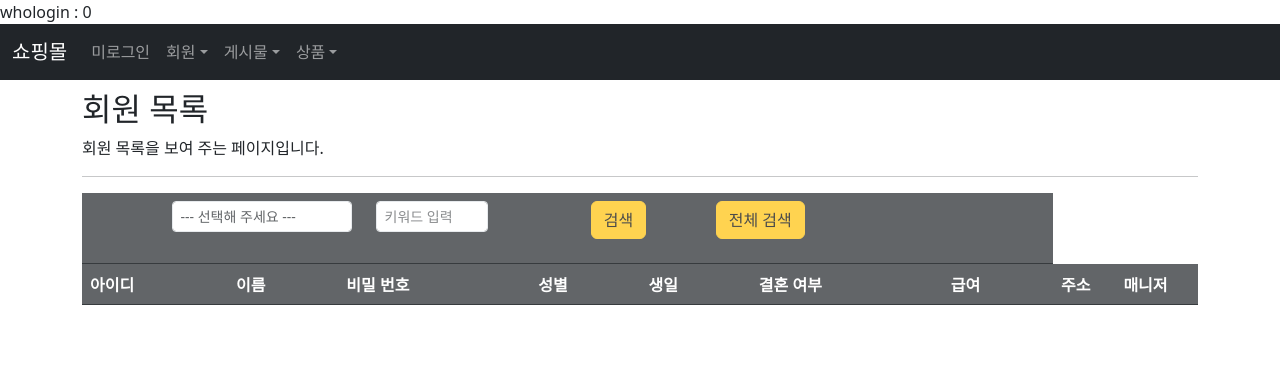
Repository: Sain-Clair/Team5
Page: http://localhost/Student/member/meList.jsp
An editor plug-in stored every save of this project. The page is shown before and after the next save, followed by the edit.
The browser window is 1280 px wide. The pictures show the whole page.
The page is served by Tomcat 9. Other server files are loaded and not shown. The template is opened directly, without the code that normally fills it, so the values that code supplies are empty.

Above is the page before, as saved 2023-09-07 03:12:49.
Console error: SyntaxError: missing ) after argument list

### Student/src/main/webapp/member/meList.jsp
<%@ page language="java" contentType="text/html; charset=UTF-8" pageEncoding="UTF-8"%>

<%@ include file="./../common/common.jsp"%>
<%@ include file="./../common/bootstrap5.jsp"%>

<!DOCTYPE html>
<html>
<head>
<meta charset="UTF-8">
<title>Insert title here</title>
<style type="text/css">
.container {
	margin-top: 10px;
}

tr {
	opacity: 0.7;
}
</style>
<script type="text/javascript">
/* select 선택 값 고정 */
$(function() {
	var optionList = $('#mode option');
	for (var i = 0; i < optionList.length; i++) {
		if (optionList[i].value == '${requestScope.pageInfo.mode}') {
			optionList[i].selected = true;
		}
	}
	$('#keyword').val('${requestScope.pageInfo.keyword}');
}

function searchAll(){ //전체 검색
	location.href = '<%=notWithFormTag%>meList';
}
function writeForm() { // 수정
	location.href = '<%=notWithFormTag%>meInsert';
})
</script>
</head>
<body>
	<div class="container">
		<h2>회원 목록</h2>
		<p>회원 목록을 보여 주는 페이지입니다.</p>
		<hr/>
		<!-- 관리자 전용 -->
		<table class="table table-hover">
			<thead class="table-dark">
				<tr>
					<td colspan="7" align="right">
						<div class="row">
							<div class="col-sm-1"></div><!-- grid 화면을 12개로 분할. 그 중에 1 -->
							<div class="col-sm-10">
								<form name="myform" action="<%=withFormTag%>" method="get">
									<input type="hidden" name="command" value="prList">
									<div class="row">
										<div class="col-sm-3 mode">
											<select class="form-control form-control-sm" id="mode" name="mode">
												<option value="all" selected="selected">--- 선택해 주세요 ---</option>
												<option value="category">카테고리(빵, 음료수, 케이크)</option>
												<option value="company">제조회사</option>
												<option value="price">가격</option>
												<%-- <option value="${asdf.code}"<c:if test="${asdf.code eq test}">selected</c:if>>${asdf.name}</op>
												<option value="price"<c:if test="${asdf.code eq test}">selected</c:if>>price</op> --%>

											</select>
										</div>
										<div class="col-sm-2 keyword">
											<input class="form-control form-control-sm" type="text" name="keyword" id="keyword" placeholder="키워드 입력">
										</div>
										<div class="col">
											<button type="submit" class="btn btn-warning form-control-sm" onclick="">검색</button>
										</div>
										<div class="col">
											<button type="button" class="btn btn-warning form-control-sm" onclick="searchAll();">전체 검색</button>
										</div>
										<!-- <div class="col">
											<button type="button" class="btn btn-info form-control-sm" onclick="writeForm();">글 쓰기</button>
										</div> -->
										<div class="col">${requestScope.pageInfo.pagingStatus}</div>
									</div>
								</form>
							</div>
							<div class="col-sm-1"></div><!-- grid 화면을 12개로 분할. 그 중에 1 -->
						</div>
					</td>
				</tr>
				<tr>
					<th>아이디</th>
					<th>이름</th>
					<th>비밀 번호</th>
					<th>성별</th>
					<th>생일</th>
					<th>결혼 여부</th>
					<th>급여</th>
					<th>주소</th>
					<th>매니저</th>
				</tr>
			</thead>
			<tbody>
				<c:forEach var="bean" items="${datalist}">
					<c:choose>
						<c:when test="${bean.marriage eq '결혼'}">
							<tr class="table-primary">
						</c:when>
						<c:when test="${bean.marriage eq '이혼'}">
							<tr class="table-success">
						</c:when>
						<c:otherwise>
							<tr class="table-danger">
						</c:otherwise>
					</c:choose>
					<td align="center">${bean.id}</td>
					<td><a href="<%=notWithFormTag%>meDetail&id=${bean.id}">${bean.name}</a></td>
					<td>${bean.password}</td>

					<c:if test="${bean.gender eq 'male'}">
						<td>남자</td>
					</c:if>

					<c:if test="${bean.gender eq 'female'}">
						<td>여자</td>
					</c:if>
					<td>${bean.birth}</td>
					<td>${bean.marriage}</td>
					<td>${bean.salary}</td>
					<td>${bean.address}</td>
					<td>${bean.manager}</td>
				</c:forEach>
			</tbody>
		</table>
		${requestScope.pageInfo.pagingHtml}
	</div>
</body>
</html>

### Student/src/main/webapp/common/common.jsp
<%@page import="com.shopping.model.bean.Member"%>
<%@ page language="java" contentType="text/html; charset=UTF-8"
	pageEncoding="UTF-8"%>

<%
	// appName : 애플리케이션 이름(프로젝트 이름_Student)
	String appName = request.getContextPath();
	// in FrontController.java file
	String mappingName = "/Shopping";

	// form 태그에서 사용할 변수
	String withFormTag = appName + mappingName;

	// form 태그가 아닌 영역에서 사용할 변수 <a>
	String notWithFormTag = appName + mappingName +"?command=";

	/* out.print("프로젝트 이름 : " + appName + "<br/>") ;
	out.print("mappingName:" + mappingName +"<br/>");
	out.print("withFormTag:" + withFormTag +"<br/>");
	out.print("notWithFormTag:" + notWithFormTag +"<br/>"); */
%>

<%@page import="java.util.*"%>

<%-- jstl을 위한 태그 라이브러리 선언 --%>
<%@ taglib prefix="c" uri="http://java.sun.com/jsp/jstl/core" %>
<%@ taglib prefix="fn" uri="http://java.sun.com/jsp/jstl/functions" %>

<%-- include file="bootstrap5.jsp" --%>
<%
	// 이 코드들은 차후 삭제 예정
	/*Member mem = new Member() ;
	mem.setId("hong") ; // admin  hong
	mem.setName("홍길동") ; // 관리자  홍길동
	session.setAttribute("loginfo", mem);
	session.setAttribute("loginfo", null); // 미로그인

	// 경고성 Alert Box
	session.setAttribute("alertMessage", "아이디/비번 정보를 잘못 입력하셨습니다.");
	session.setAttribute("alertMessage", null);*/
%>

<!-- whologin 변수는 현재 로그인 상태를 알려 주는 변수입니다. -->
<!-- 미로그인(0) 일반 사용자(1) 관리자(2) -->
<c:set var="whologin" value="0"/>
<c:if test="${not empty sessionScope.loginfo}">
	<c:if test="${sessionScope.loginfo.id == 'admin'}">
		<c:set var="whologin" value="2"/>
	</c:if>
	<c:if test="${sessionScope.loginfo.id != 'admin'}">
		<c:set var="whologin" value="1"/>
	</c:if>
</c:if>
whologin : ${whologin}


<!DOCTYPE html>
<html>
<head>
	<meta charset="UTF-8">
	<title>Insert title here</title>
	<!-- 이 파일은 모든 문서에서 공용으로 참조할 파일입니다.  -->
	<!-- 자바 관련 변수 및 패키지 임포트, 네비게이션 바, jstl 등등 -->
	<!-- for sweet alert -->
	<script src="${pageContext.request.contextPath}/js/sweetalert.js"></script>
	<style>
		.alert-dismissible{margin: 10px;}
	</style>
</head>
<body>
	<nav class="navbar navbar-expand-sm bg-dark navbar-dark">
		<div class="container-fluid">
			<a class="navbar-brand" href="#">쇼핑몰</a>
			<button class="navbar-toggler" type="button"
				data-bs-toggle="collapse" data-bs-target="#collapsibleNavbar">
				<span class="navbar-toggler-icon"></span>
			</button>
			<div class="collapse navbar-collapse" id="collapsibleNavbar">
				<ul class="navbar-nav">
					<li class="nav-item">
						<c:if test="${whologin eq 0}">
							<a class="nav-link" href="#">미로그인</a>
						</c:if>
						<c:if test="${whologin ne 0}">
							<a class="nav-link" href="#">${sessionScope.loginfo.name}님</a>
						</c:if>
					</li>

					<!-- member section -->
					<li class="nav-item dropdown">
						<a class="nav-link dropdown-toggle" href="#" role="button"
							data-bs-toggle="dropdown">회원</a>
						<ul class="dropdown-menu">
							<c:if test="${whologin eq 0}"><!-- href 띄어쓰기 x -->
								<li><a class="dropdown-item" href="<%=notWithFormTag%>meInsert">회원 가입</a></li>
								<li><a class="dropdown-item" href="<%=notWithFormTag%>meLogin">로그인</a></li>
							</c:if>
							<c:if test="${whologin ne 0}">
								<li><a class="dropdown-item" href="#">정보 수정</a></li>
								<li><a class="dropdown-item" href="<%=notWithFormTag%>meLogout">로그아웃</a></li>
								<li><a class="dropdown-item" href="<%=notWithFormTag%>meDetail&id=${sessionScope.loginfo.id}">상세보기</a></li>
								<li><a class="dropdown-item" href="#">탈퇴하기</a></li>
							</c:if>
							<c:if test="${whologin eq 2}">
								<li><a class="dropdown-item" href="<%=notWithFormTag%>meList">목록 보기</a></li>
							</c:if>
						</ul>
					</li>

					<!-- board section -->
					<li class="nav-item dropdown">
						<a class="nav-link dropdown-toggle" href="#" role="button"
							data-bs-toggle="dropdown">게시물</a>
						<ul class="dropdown-menu">
							<c:if test="${whologin ne 0}">
								<li><a class="dropdown-item" href="<%=notWithFormTag%>boInsert">게시물 등록</a></li>
							</c:if>
							<li><a class="dropdown-item" href="<%=notWithFormTag%>boList">목록 보기</a></li>
						</ul>
					</li>
					<!-- product section -->
					<li class="nav-item dropdown">
						<a class="nav-link dropdown-toggle" href="#" role="button"
							data-bs-toggle="dropdown">상품</a>
						<ul class="dropdown-menu">
							<c:if test="${whologin eq 2}">
								<li><a class="dropdown-item" href="<%=notWithFormTag%>prInsert">상품 등록</a></li>
							</c:if>
							<li><a class="dropdown-item" href="<%=notWithFormTag%>prList">목록 보기</a></li>
						</ul>
					</li>

				</ul>
			</div>
		</div>
	</nav>

	<c:if test="${not empty sessionScope.alertMessage}">
		<%-- 사용자에게 주의/경고/오류 등을 알려 주기 위한 Alert Box --%>
		<div class="alert alert-danger alert-dismissible">
	    	<button type="button" class="btn-close" data-bs-dismiss="alert"></button>
	    	<strong>😂😒😂😒😂😒😂😒😂😒😂😒😂😒😂😒😂😒</strong> ${sessionScope.alertMessage}
	  	</div>
	</c:if>
	<%-- 보여준 Alert Box를 session 영역에서 제거합니다. --%>
	<c:remove var="alertMessage" scope="session"/>
</body>
</html>

### Student/src/main/webapp/common/bootstrap5.jsp
<%@ page language="java" contentType="text/html; charset=UTF-8"
    pageEncoding="UTF-8"%>
<!DOCTYPE html>
<html>
<head>
	<meta charset="UTF-8">
	<meta name="viewport" content="width=device-width, initial-scale=1">
	<title>Insert title here</title>
	<!-- 이 파일은 부트 스트랩5를 사용하기 위한 공용 파일입니다. -->
	<!-- 부트 스트랩이 제이 쿼리를 참조하므로 반드시 jquery.js 선언이 먼저 되어야 합니다. -->
	<script type="text/javascript" src="${pageContext.request.contextPath}/js/jquery.js"></script>
	<script type="text/javascript" src="${pageContext.request.contextPath}/js/bootstrap.min.js"></script>
	<link rel="stylesheet" href="${pageContext.request.contextPath}/css/bootstrap.min.css">

	<link rel="stylesheet" href="${pageContext.request.contextPath}/css/jquery-ui.css">
  	<script type="text/javascript" src="${pageContext.request.contextPath}/js/jquery-ui.js"></script>
</head>
<body>

</body>
</html>

Loaded but not shown: Student/src/main/webapp/js/sweetalert.js (library); Student/src/main/webapp/js/jquery.js (library); Student/src/main/webapp/js/bootstrap.min.js (library); Student/src/main/webapp/css/bootstrap.min.css (library); Student/src/main/webapp/css/jquery-ui.css (library); Student/src/main/webapp/js/jquery-ui.js (library)

After the next save:
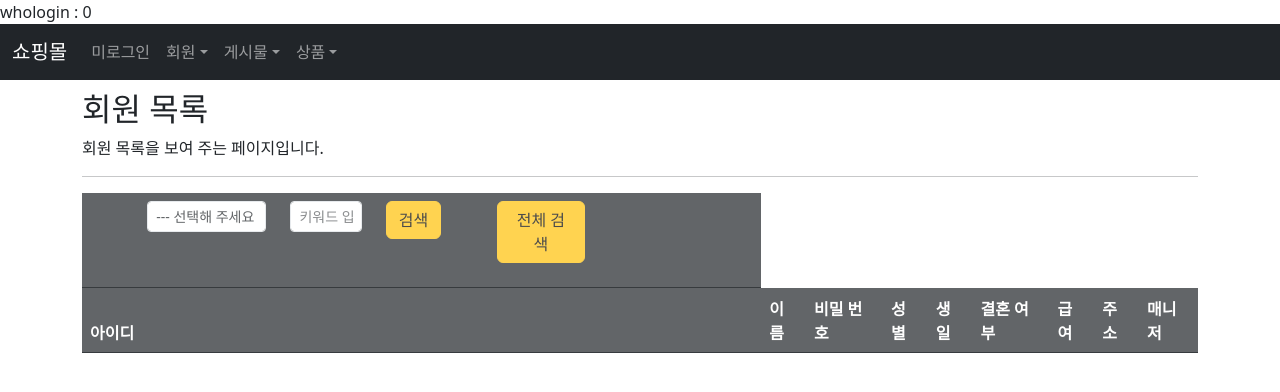
Saved 22 s later.
--- a/Student/src/main/webapp/member/meList.jsp
+++ b/Student/src/main/webapp/member/meList.jsp
@@ -46,7 +46,7 @@
 		<table class="table table-hover">
 			<thead class="table-dark">
 				<tr>
-					<td colspan="7" align="right">
+					<td>
 						<div class="row">
 							<div class="col-sm-1"></div><!-- grid 화면을 12개로 분할. 그 중에 1 -->
 							<div class="col-sm-10">
@@ -82,7 +82,6 @@
 							</div>
 							<div class="col-sm-1"></div><!-- grid 화면을 12개로 분할. 그 중에 1 -->
 						</div>
-					</td>
 				</tr>
 				<tr>
 					<th>아이디</th>

After the save that followed:
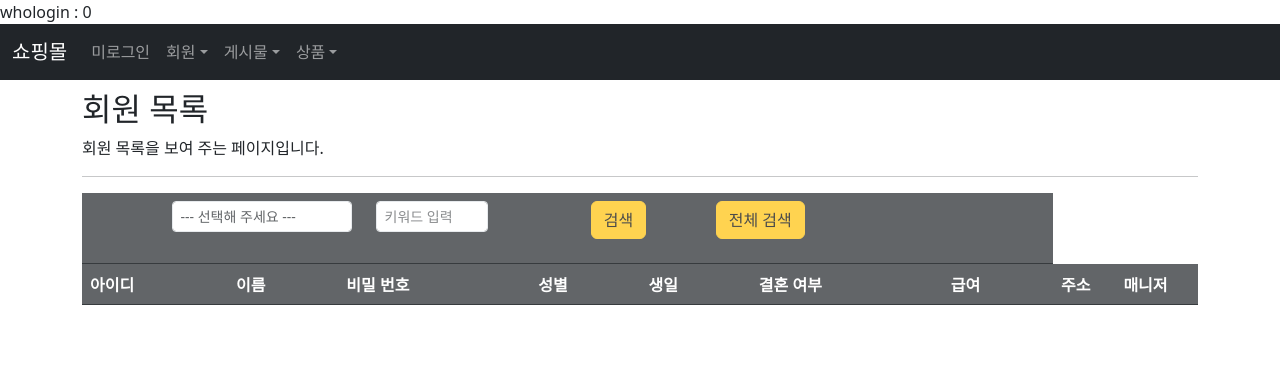
Saved 8 s later.
--- a/Student/src/main/webapp/member/meList.jsp
+++ b/Student/src/main/webapp/member/meList.jsp
@@ -46,7 +46,7 @@
 		<table class="table table-hover">
 			<thead class="table-dark">
 				<tr>
-					<td>
+					<td colspan="7" align="right">
 						<div class="row">
 							<div class="col-sm-1"></div><!-- grid 화면을 12개로 분할. 그 중에 1 -->
 							<div class="col-sm-10">
@@ -82,6 +82,7 @@
 							</div>
 							<div class="col-sm-1"></div><!-- grid 화면을 12개로 분할. 그 중에 1 -->
 						</div>
+					</td>
 				</tr>
 				<tr>
 					<th>아이디</th>
